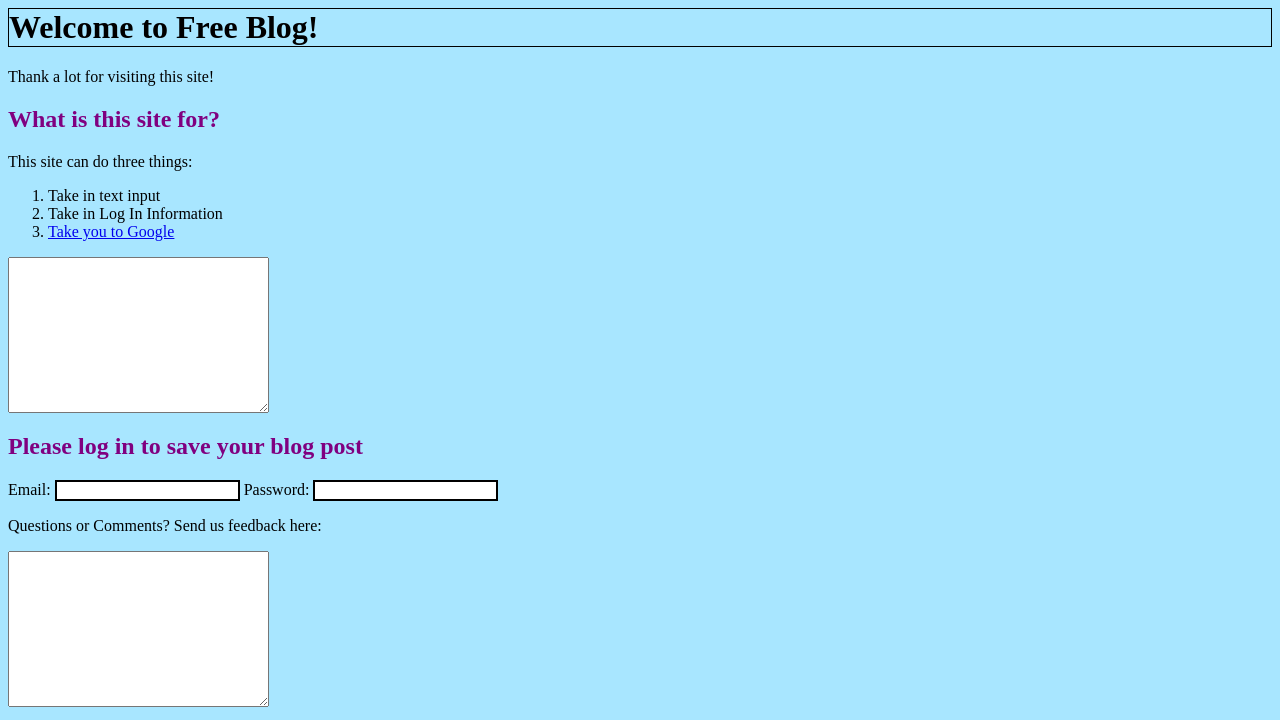
Repository: MonwarAdeeb/Bista_Solutions
Page: HTML & CSS/CSS/Level One/05. Assessment.html
These files come from the project's save history. The page is drawn as it stood at one moment and after a run of saves; the edit follows.
The browser window is 1280 px wide. The pictures show the whole page.

Above is the page before, as saved 2021-05-19 21:44:21.

### HTML & CSS/CSS/Level One/05. Assessment.html
<html lang="en">
<head>
    <meta charset="UTF-8">
    <meta http-equiv="X-UA-Compatible" content="IE=edge">
    <meta name="viewport" content="width=device-width, initial-scale=1.0">
    <title>Assessment</title>
    <link rel="stylesheet" href="05. Assessment.css">
</head>
<body>
    <h1>Welcome to Free Blog!</h1>

    <p>Thank a lot for visiting this site!</p>

    <h2>What is this site for?</h2>

    <p>This site can do three things:</p>

    <ol class="list">
        <li>Take in text input</li>
        <li>Take in Log In Information</li>
        <li><a href="www.google.com">Take you to Google</a></li>
    </ol>

    <textarea name="tbox" id="" cols="30" rows="10"></textarea>

    <h2>Please log in to save your blog post</h2>

    <label for="email">Email:</label>
    <input id="email" type="email" name="useremail">
    <label for="password">Password:</label>
    <input type="password" id="password" name="userpass">

    <div class="firstDiv">
        <p></p>
        <p>Questions or Comments? Send us feedback here:</p>
        <textarea id="feedback" cols="30" rows="10"></textarea>

    </div>

</body>
</html>

### HTML & CSS/CSS/Level One/05. Assessment.css
body {
  background-color: #a8e6ff;
}

h1 {
  border: 1px solid black;
}

h2 {
  color: purple;
}

input {
  border: 2px solid;
}

After the next 4 saves:
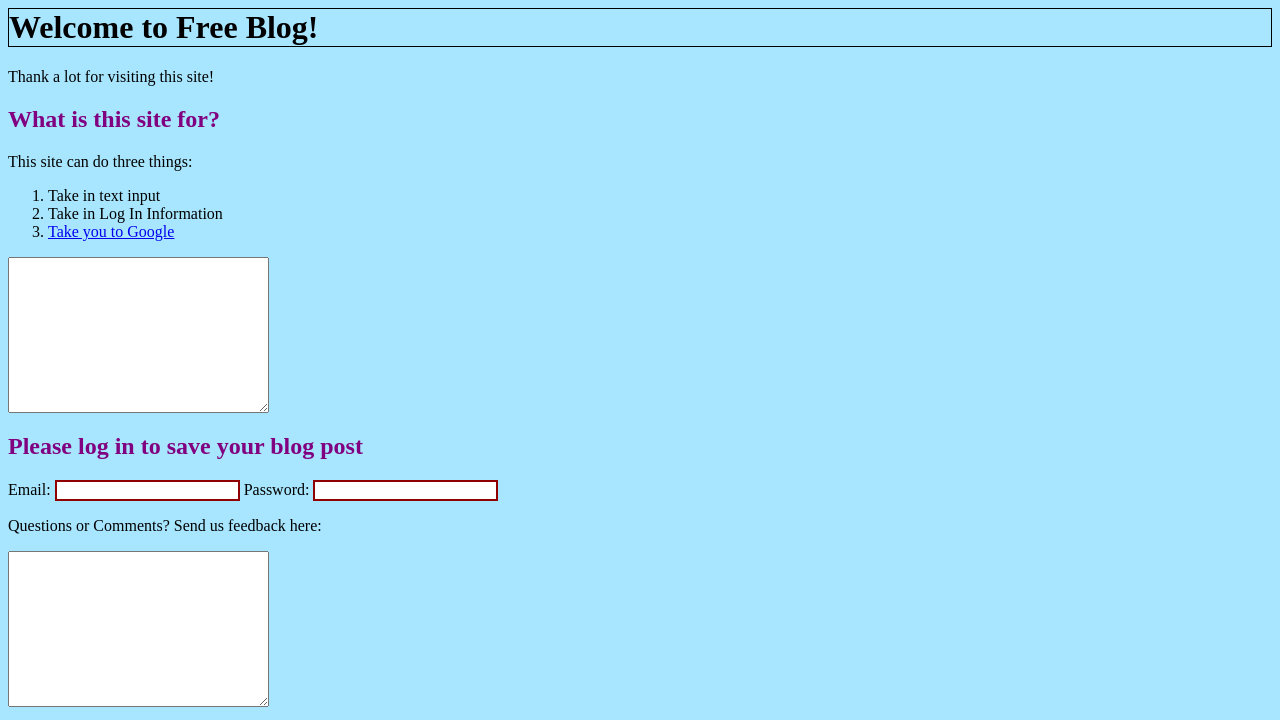
The 4 saves are shown as one change because they came seconds apart.
The last was saved 33 s later.
--- a/HTML & CSS/CSS/Level One/05. Assessment.css
+++ b/HTML & CSS/CSS/Level One/05. Assessment.css
@@ -11,5 +11,5 @@ h2 {
 }
 
 input {
-  border: 2px solid;
+  border: 2px solid rgb(144, 0, 0);
 }
